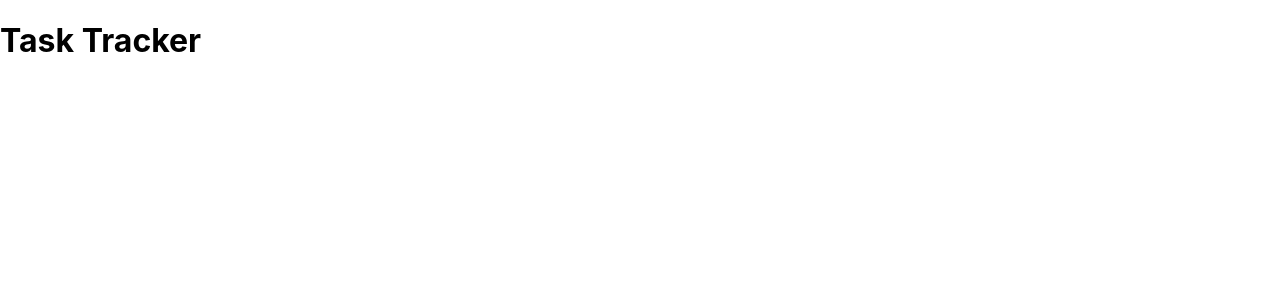
Repository: OdellPurifoy/task-tracker
Page: /
An editor plug-in stored every save of this project. The page is shown before and after the next save, followed by the edit.
The browser window is 1280 px wide. The pictures show the whole page.
The project was rebuilt for these pictures with package versions that can differ from the ones it lists, and the page was loaded fresh each time.

Above is the page before, as saved 2022-07-26 19:05:11.

After the next save:
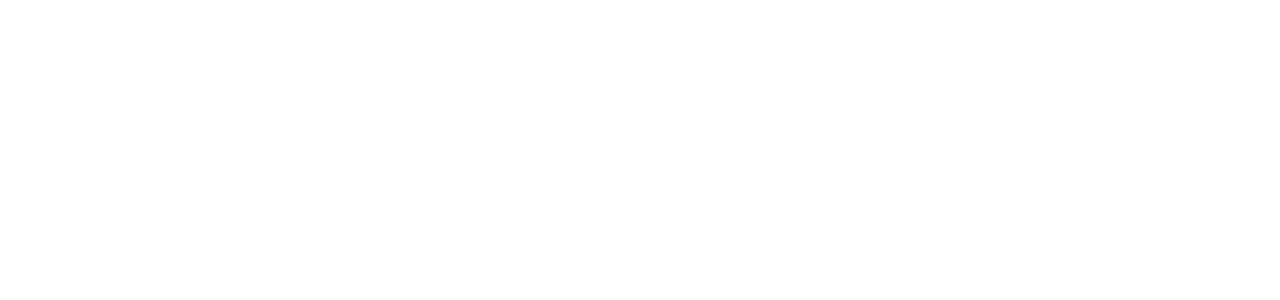
Saved 37 s later.
--- a/src/components/Header.js
+++ b/src/components/Header.js
@@ -1,9 +1,9 @@
 import PropTypes from 'prop-types'
 
-const Header = (props) => {
+const Header = ({ title }) => {
   return (
     <header>
-        <h1>Task Tracker</h1>
+        <h1>{title}</h1>
     </header>
   )
 }

After the save that followed:
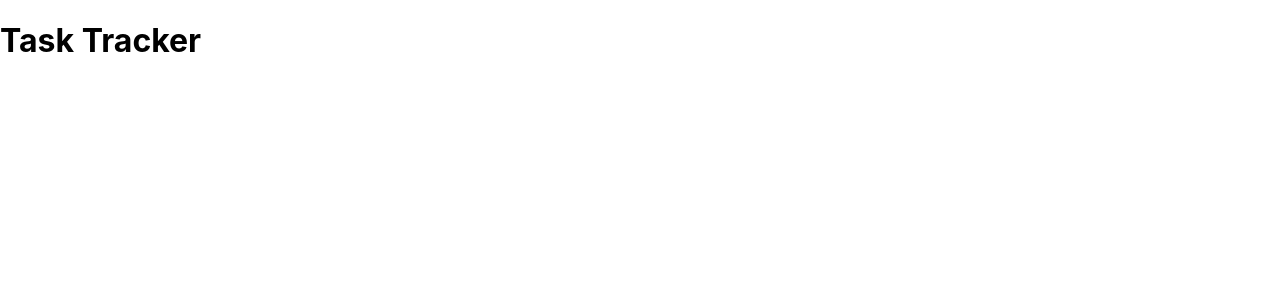
Saved 2 min 19 s later.
--- a/src/components/Header.js
+++ b/src/components/Header.js
@@ -8,6 +8,10 @@
   )
 }
 
+Header.defaultProps = {
+    title: 'Task Tracker',
+}
+
 Header.propTypes = {
     title: String,
 }
